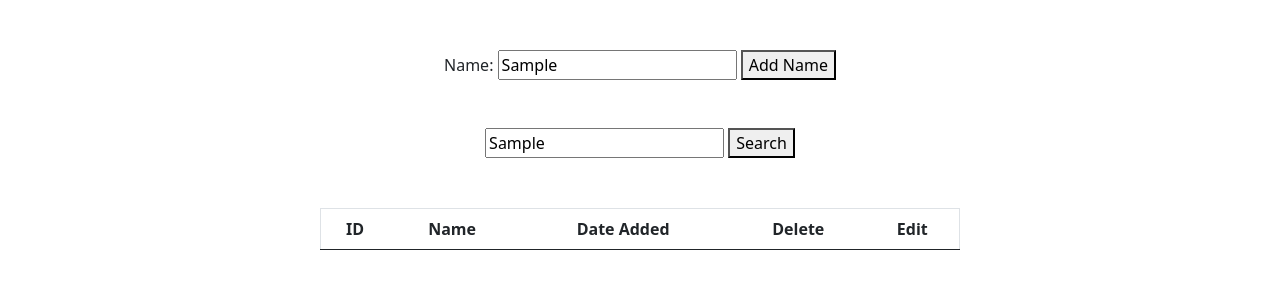
Repository: Theracon/Simple-mysql-node-app
Page: client/index.html
The author's editor kept a copy of each file at every save. The page is drawn from the files as they stood at one save, then again after a run of saves.
The browser window is 1280 px wide. The pictures show the whole page.
Empty fields were first filled with sample values (such as "Sample", 5 or name@example.com).
After loading, the first visible `#search-btn` was clicked once.
The page's requests for data from a server got no answer.

Above is the page before, as saved 2021-06-04 22:20:02.
Console error (its wording comes from the project's code and is left out).

After the next 2 saves:
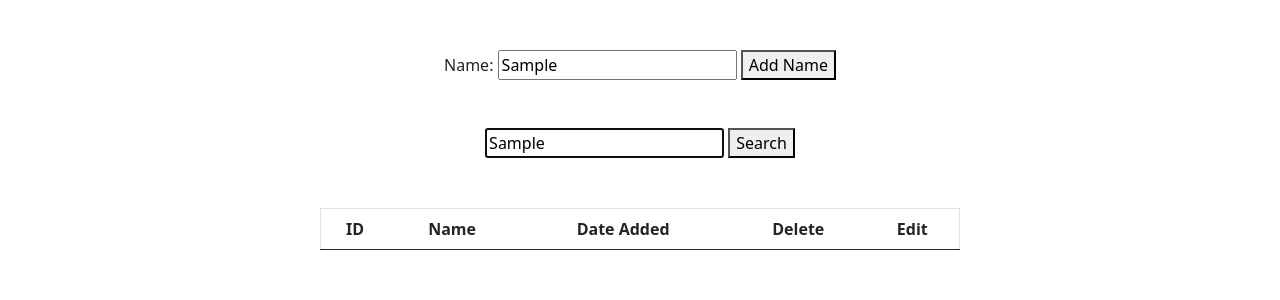
The error is gone.
The 2 saves are shown as one change because they came seconds apart.
The last was saved 25 s later.
--- a/client/index.js
+++ b/client/index.js
@@ -19,7 +19,7 @@ const searchBtn = document.querySelector('#search-btn');
 
 searchBtn.onclick = function() {
     const searchValue = document.querySelector('#search-input').value;
-    document.querySelector('#search-input.focus(').
+    document.querySelector('#search-input').focus();
 
     fetch('http://localhost:5000/search/' + searchValue)
         .then(response => response.json())
